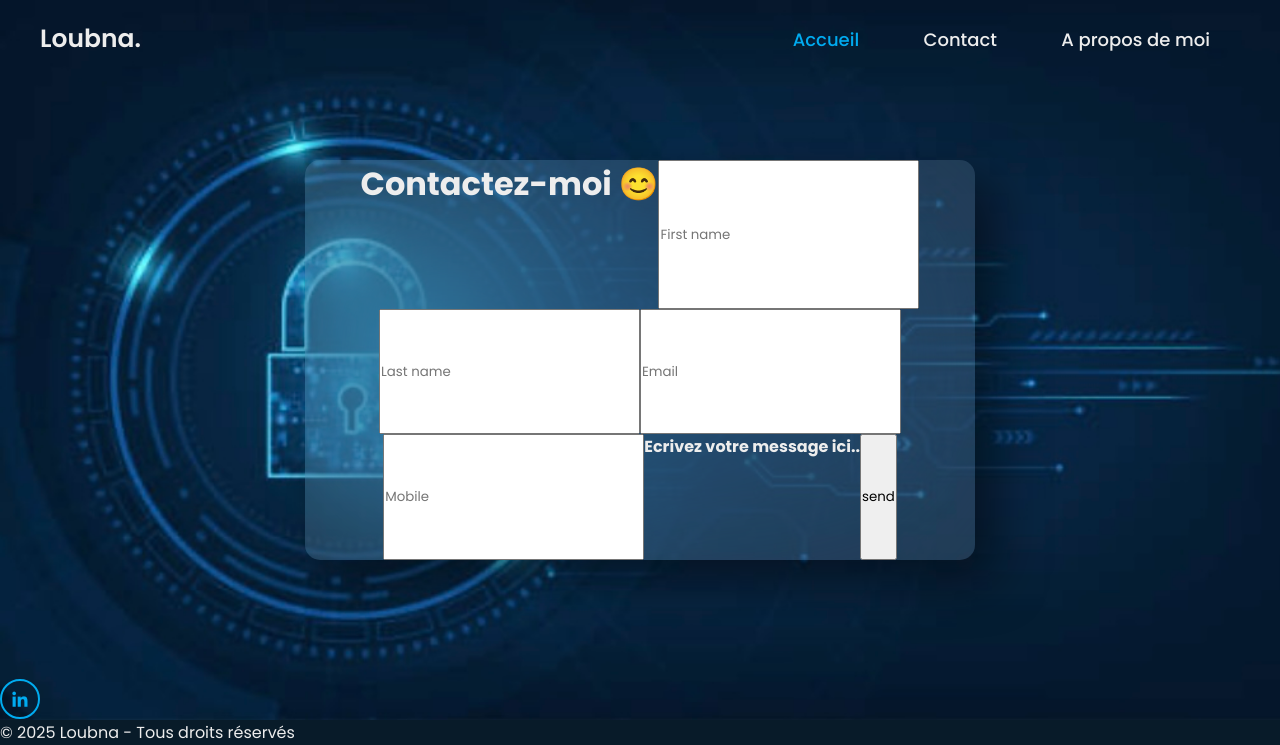
Repository: Loubna77290/Portfolio-de-Loubna
Page: contact.html
The author's editor kept a copy of each file at every save. The page is drawn from the files as they stood at one save, then again after the next save.
The browser window is 1280 px wide. The pictures show the whole page.

Above is the page before, as saved 2025-03-10 23:36:04.

After the next save:
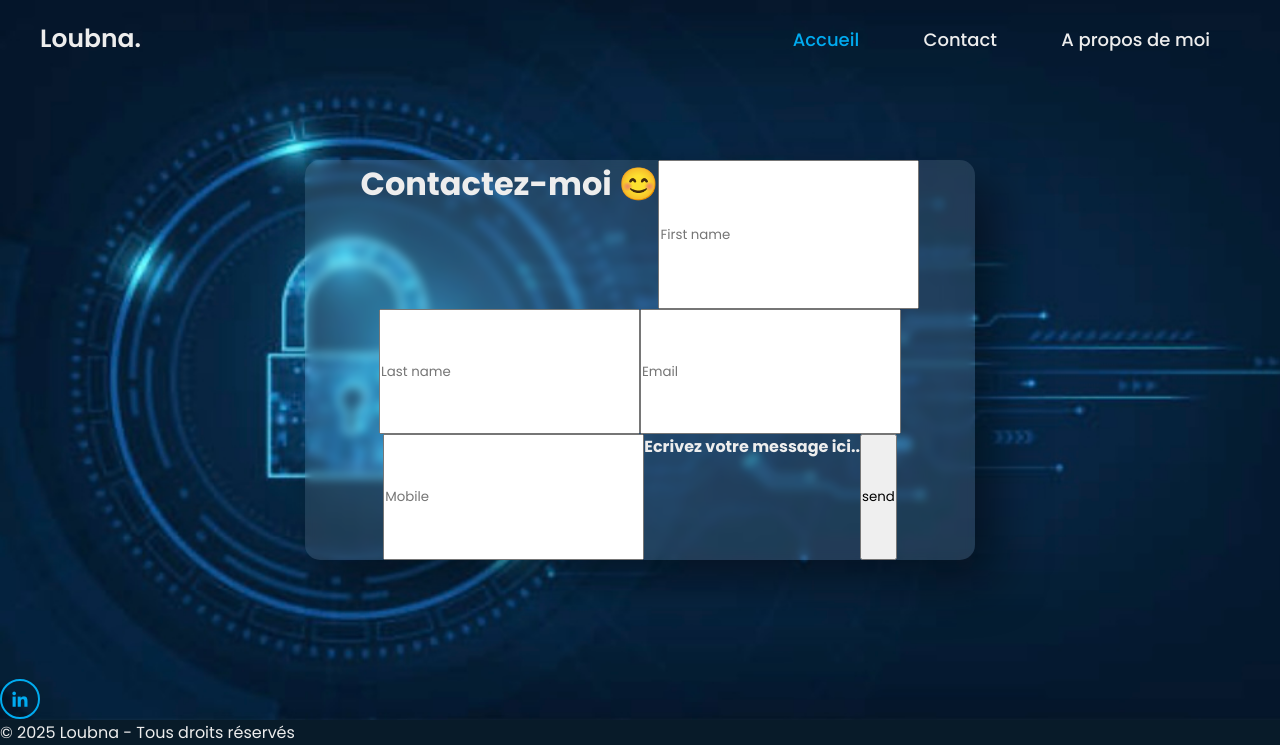
Saved 5 s later.
--- a/style.css
+++ b/style.css
@@ -279,7 +279,7 @@ body {
     box-shadow: 20px 20px 50px rgba(0, 0, 0, 0.5);
     border-radius: 15px;
     background: rgba(255,255,255,0.1);
-    backdrop-filter: blur(100px);
+    backdrop-filter: blur(5px);
     flex-wrap: wrap;
 }
 
